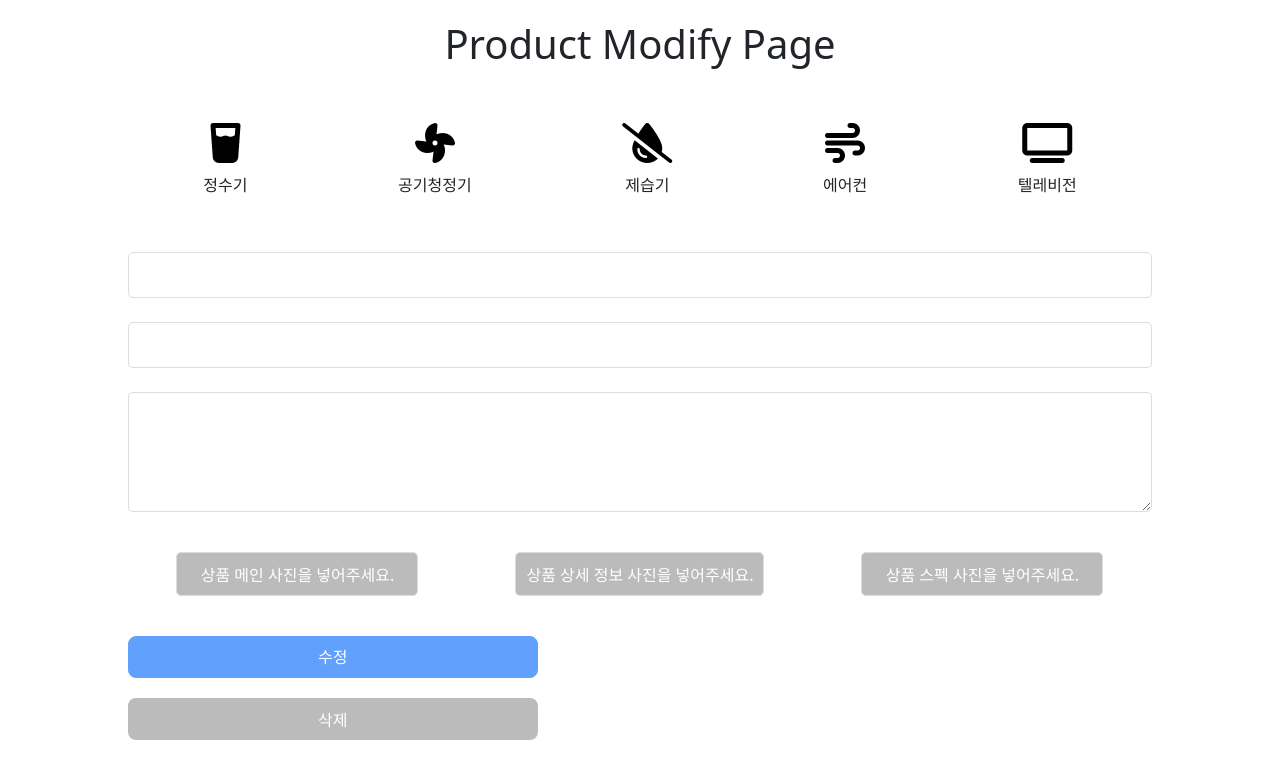
Repository: khr4162/ezen_final
Page: http://localhost/spring/WEB-INF/views/product/modify.jsp
These files come from the project's save history. The page is drawn as it stood at one moment and after the next save; the edit follows.
The browser window is 1280 px wide. The pictures show the whole page.
Some web libraries are served in a nearby version. The page is served by Tomcat 9. Nobody is signed in. Other server files are loaded and not shown. The template is opened directly, without the code that normally fills it, so the values that code supplies are empty.

Above is the page before, as saved 2023-07-31 05:51:26.

### spring/src/main/webapp/WEB-INF/views/product/modify.jsp
<%@ page language="java" contentType="text/html; charset=UTF-8"
    pageEncoding="UTF-8"%>
<%@ taglib uri="http://java.sun.com/jsp/jstl/core" prefix="c" %>
<%@ taglib uri="http://java.sun.com/jsp/jstl/functions" prefix="fn"%>
<!DOCTYPE html>
<html>
<head>
<meta charset="UTF-8">
<title>Product Modify Page</title>
<link rel="stylesheet" href="/resources/css/product/register.css">
<script src="https://kit.fontawesome.com/e927512ef5.js" crossorigin="anonymous"></script>
<link href="https://cdn.jsdelivr.net/npm/bootstrap@5.3.1/dist/css/bootstrap.min.css" rel="stylesheet" integrity="sha384-4bw+/aepP/YC94hEpVNVgiZdgIC5+VKNBQNGCHeKRQN+PtmoHDEXuppvnDJzQIu9" crossorigin="anonymous">
<script src="https://cdn.jsdelivr.net/npm/bootstrap@5.3.1/dist/js/bootstrap.bundle.min.js" integrity="sha384-HwwvtgBNo3bZJJLYd8oVXjrBZt8cqVSpeBNS5n7C8IVInixGAoxmnlMuBnhbgrkm" crossorigin="anonymous"></script>
</head>
<body>
	<h1>Product Modify Page</h1>
	 <form action="/product/modify" method="post" id="registerForm" class="was-validated" enctype="multipart/form-data">
        <div>
            <ul>
                <li class="product" data-value="정수기">
                    <div>
                        <i class="fa-solid fa-glass-water" style="color: #000000;"></i>
                        <div class="product-name">정수기</div>
                    </div>
                </li>
                <li class="product" data-value="공기청정기">
                    <div>
                        <i class="fa-solid fa-fan" style="color: #000000;"></i>
                        <div class="product-name">공기청정기</div>
                    </div>
                </li>
                <li class="product" data-value="제습기">
                    <div>
                        <i class="fa-solid fa-droplet-slash" style="color: #000000;"></i>
                        <div class="product-name">제습기</div>
                    </div>
                </li>
                <li class="product" data-value="에어컨">
                    <div>
                        <i class="fa-solid fa-wind" style="color: #000000;"></i>
                        <div class="product-name">에어컨</div>
                    </div>
                </li>
                <li class="product" data-value="텔레비전">
                    <div>
                        <i class="fa-solid fa-tv" style="color: #000000;"></i>
                        <div class="product-name">텔레비전</div>
                    </div>
                </li>
            </ul>
        </div>
        <input type="hidden" name="type_a" id="mySelection">
        <p id="type_aError" class="error" style="color: red; display: none;">제품 카테고리를 입력해주세요.</p>
       <br>
       <input name="pno" value="${product.pvo.pno }" type="hidden">
       <input name="pname" value="${product.pvo.pname }" readonly="readonly"> <br><br>
       <p id="pnameError" class="error" style="color: red; display: none;">제품명을 입력해주세요.</p>
       <input id="priceInput" name="price" value="${product.pvo.price }"> <br><br>
       <p id="priceError" class="error" style="color: red; display: none;">숫자만 입력해주세요.</p>
       <textarea name="content" cols="50" rows="10">${product.pvo.content }</textarea> <br>
       <div id="allDiv">
	       <div class="fileDiv">
		       <input type="file" id="files" name="files" style="display: none" class="form-control" aria-label="file example" required> <br>
		       <button type="button" id="trigger">상품 메인 사진을 넣어주세요.</button> <br>
		   	   <c:set value="${product.flist}" var="flist"/>
		       <div id="fileZone">
		    		<li>
		    			<c:forEach items="${flist }" var="file">
		    				<c:if test="${file.fileCategoryNum == 0}">
		        				<img alt="image" src="/upload/${fn:replace(file.save_dir, '\\','/') }/${file.uuid}_th_${file.file_name}">
		        				<button type="button" class="file-x" data-uuid="${file.uuid }">X</button>
		        			</c:if>
		    			</c:forEach>
		    		</li>
				</div>
	    	</div>
		   <div id="fileDiv">
			   <input type="file" id="files1" name="files" style="display: none" class="form-control" aria-label="file example" required> <br>
		       <button type="button" id="trigger1">상품 상세 정보 사진을 넣어주세요.</button> <br>
				 <div id="fileZone1">
		    		<li>
		        		<c:forEach items="${flist }" var="file">
		    				<c:if test="${file.fileCategoryNum == 1}">
		        				<img alt="image" src="/upload/${fn:replace(file.save_dir, '\\','/') }/${file.uuid}_th_${file.file_name}">
		        				<button type="button" class="file-x" data-uuid="${file.uuid }">X</button>
		        			</c:if>
		    			</c:forEach>
		    		</li>
				</div>
			</div>
			<div id="fileDiv">
			   <input type="file" id="files2" name="files" style="display: none" class="form-control" aria-label="file example" required> <br>
		       <button type="button" id="trigger2">상품 스펙 사진을 넣어주세요.</button> <br>
				 <div id="fileZone2">
		    		<li>
		        		<c:forEach items="${flist }" var="file">
		    				<c:if test="${file.fileCategoryNum == 2}">
		        				<img alt="image" src="/upload/${fn:replace(file.save_dir, '\\','/') }/${file.uuid}_th_${file.file_name}">
		        				<button type="button" class="file-x" data-uuid="${file.uuid }">X</button>
		        			</c:if>
		    			</c:forEach>
		    		</li>
				</div>
			</div>
		</div>
       <button onclick="validateButton(event)" id="modBtn" class="btn btn-primary" type="submit" disabled>수정</button>
    </form>
    <div id="delDiv">
		<form action="/product/delete" method="post">
		   <input name="pno" value="${product.pvo.pno }" type="hidden">
	       <button id="delBtn" type="submit">삭제</button>
		</form>
	</div>
	<script type="text/javascript" src="/resources/js/product/productModify.js"></script>
</body>
</html>

### spring/src/main/webapp/resources/css/product/register.css
body {
    font-family: 'Helvetica Neue', Helvetica, Arial, sans-serif;
    margin: 0;
    padding: 0;
    color: #333;
    background-color: #fff;
}

h1 {
    text-align: center;
    padding: 20px 0;
}

form, textarea, button {
    width: 80%;
    margin: 20px auto;
}

input, textarea, #trigger, #trigger1, #trigger2 {
    margin: 10px 0;
    padding: 10px;
    border: 1px solid #ddd;
    border-radius: 5px;
    width: 100%;
    font-size: 16px;
}

textarea {
    height: 120px;
}

ul {
    display: flex;
    flex-wrap: wrap;
    justify-content: space-evenly;
  	padding-left: 0 !important;
}

li {
    list-style: none;
    padding: 10px;
    margin: 5px 5px;
    text-align: center;
    flex-grow: 1;
}

.product-clicked {
    background-color: rgba(128, 128, 128, 0.5);
    padding: 10px;
    border-radius: 5px;
    animation: pop 0.6s;
    margin-top: -10px;
}

@keyframes pop {
    0% { transform: scale(1); }
    50% { transform: scale(1.1); }
    100% { transform: scale(1); }
}

i {
    font-size: 40px;
    display: block;
    margin-bottom: 10px;
    color: #555;
}

button {
    background-color: #bbb;
    color: #fff;
    border: none;
    padding: 10px 20px;
    text-align: center;
    font-size: 16px;
    cursor: pointer;
    border-radius: 5px;
    margin: 20px 0;
    transition: 0.3s;
    min-width: 242px;
    max-width: 440px;
    height: 44px;
}

button:hover {
    background-color: #999;
}

.center {
    text-align: center;
}

@media (max-width: 768px) {
    form, textarea, button {
        width: 90%;
    }

    i {
        font-size: 30px;
    }
}

#allDiv {
	display: flex;
	justify-content: space-around;
}

.fileDiv {
	flex-direction: column;
	align-items: center;
}

img {
	width: 240px;
	height: 240px;
}

#regBtn {
	display: flex;
	justify-content: center;
	margin: auto;
	width: 100%;
	position: relative;
}

#modBtn, #delBtn {
	width: 40%;
	height: 42px;
	border-radius: 8px;
}

### spring/src/main/webapp/resources/js/product/productModify.js
//삭제
document.addEventListener('click', (e) => {
    if(e.target.classList.contains('file-x')) {
        let uuid = e.target.dataset.uuid;
        console.log(uuid);

        removeFileToServer(uuid).then(result => {
            console.log(result);
            alert('파일삭제' + (parseInt(result) > 0 ? "Success" : "Fail"));
            if(result > 0) {
                e.target.closest('li').remove();
            }
        })

    }
})

async function removeFileToServer(uuid) {
    try {
        const url = '/product/file/' + uuid;
        const config = {
            method: 'delete'
        }
        const resp = await fetch(url, config);
        const result = await resp.text();
        return result;
    } catch (error) {
        console.log(error);
    }
}

//수정
document.getElementById('trigger').addEventListener('click', () => {
    console.log("trigger");
    document.getElementById('files').click();
})

document.getElementById('trigger1').addEventListener('click', () => {
    console.log("trigger1");
    document.getElementById('files1').click();
})

document.getElementById('trigger2').addEventListener('click', () => {
    console.log("trigger2");
    document.getElementById('files2').click();
})

const regExp = new RegExp("\\.(exe|sh|bat|msi|dll|js)$");
const regExpImg = new RegExp("\\.(jpg|jpeg|png|gif|bmp)$");
const maxSize = 1024*1024*20;

function fileSizeValidation(fileName, fileSize) {
    if(regExp.test(fileName)) {
        return 0;
    } else if(fileSize > maxSize) {
        return 0;
    } else {
        return 1;
    }
}

document.addEventListener('change', (e) => {
    console.log(e.target);
    if(e.target.id=='files') {
        document.getElementById('modBtn').disabled=false;
        const fileObject = document.getElementById('files').files;
        console.log(fileObject);

        let div = document.getElementById('fileZone');
        div.innerHTML = '';
        let ul = `<ul>`;
        let isOk = 1;
        for(let file of fileObject) {
            console.log(file);
            let validResult = fileSizeValidation(file.name, file.size);
            isOk*=validResult;
            ul += `<li>`;
            ul += `${validResult ? '<div>업로드 가능':'<div>업로드 불가능'}</div>`;
            ul += `${file.name}`;
            ul += `<span class="badge rounded-pill text-bg-${validResult?'success':'danger'}">${file.size}Bytes</span></li>`;
        }
        ul += `</ul>`;
        div.innerHTML = ul;
        if(isOk==0) {
            document.getElementById('modBtn').disabled = true;
        }

    }
})

document.addEventListener('change', (e) => {
    console.log(e.target);
    if(e.target.id=='files1') {
        document.getElementById('modBtn').disabled=false;
        const fileObject = document.getElementById('files1').files;
        console.log(fileObject);

        let div1 = document.getElementById('fileZone1');
        div1.innerHTML = '';
        let ul = `<ul>`;
        let isOk = 1;
        for(let file of fileObject) {
            console.log(file);
            let validResult = fileSizeValidation(file.name, file.size);
            isOk*=validResult;
            ul += `<li>`;
            ul += `${validResult ? '<div>업로드 가능':'<div>업로드 불가능'}</div>`;
            ul += `${file.name}`;
            ul += `<span class="badge rounded-pill text-bg-${validResult?'success':'danger'}">${file.size}Bytes</span></li>`;
        }
        ul += `</ul>`;
        div1.innerHTML = ul;
        if(isOk==0) {
            document.getElementById('modBtn').disabled = true;
        }

    }
})

document.addEventListener('change', (e) => {
    console.log(e.target);
    if(e.target.id=='files2') {
        document.getElementById('modBtn').disabled=false;
        const fileObject = document.getElementById('files2').files;
        console.log(fileObject);

        let div1 = document.getElementById('fileZone2');
        div1.innerHTML = '';
        let ul = `<ul>`;
        let isOk = 1;
        for(let file of fileObject) {
            console.log(file);
            let validResult = fileSizeValidation(file.name, file.size);
            isOk*=validResult;
            ul += `<li>`;
            ul += `${validResult ? '<div>업로드 가능':'<div>업로드 불가능'}</div>`;
            ul += `${file.name}`;
            ul += `<span class="badge rounded-pill text-bg-${validResult?'success':'danger'}">${file.size}Bytes</span></li>`;
        }
        ul += `</ul>`;
        div1.innerHTML = ul;
        if(isOk==0) {
            document.getElementById('modBtn').disabled = true;
        }

    }
})

window.onload = function(){
    var products = document.querySelectorAll('.product');
    products.forEach(function(product){
        product.addEventListener('click', function(e){
            // remove product-clicked from all products
            products.forEach(function(prod){
                prod.firstElementChild.classList.remove('product-clicked');
            });

            // add product-clicked to the clicked product
            e.currentTarget.firstElementChild.classList.add('product-clicked');

            // update the hidden input with the data-value of the clicked product
            document.getElementById('mySelection').value = e.currentTarget.dataset.value;
        });
    });
}

function validateButton(event) {
    var type_aInput = document.querySelector('input[name="type_a"]');
    var type_aError = document.getElementById("type_aError");
    var pnameInput = document.querySelector('input[name="pname"]');
    var pnameError = document.getElementById("pnameError");
    var priceInput = document.querySelector('input[name="price"]');
    var priceError = document.getElementById("priceError");
    var contentTextarea = document.querySelector('textarea[name="content"]');
    var isFormValid = true; // 폼 유효성 검사 결과
    console.log(isFormValid);
    if (type_aInput.value.trim() === "") {
        isFormValid = false;
        type_aError.style.display = "block";
    } else {
        type_aError.style.display = "none";
    }

    if (pnameInput.value.trim() === "") {
        isFormValid = false;
        pnameError.style.display = "block";
    } else {
        pnameError.style.display = "none";
    }

    if (priceInput.value.trim() === "" || isNaN(priceInput.value)) {
        isFormValid = false;
        priceError.style.display = "block";
    } else {
        priceError.style.display = "none";
    }

    if (contentTextarea.value.trim() === "") {
        isFormValid = false;
    }

    console.log(isFormValid);
    // 폼 전송 막기
    if (!isFormValid) {
        event.preventDefault();
    }
}

After the next save:
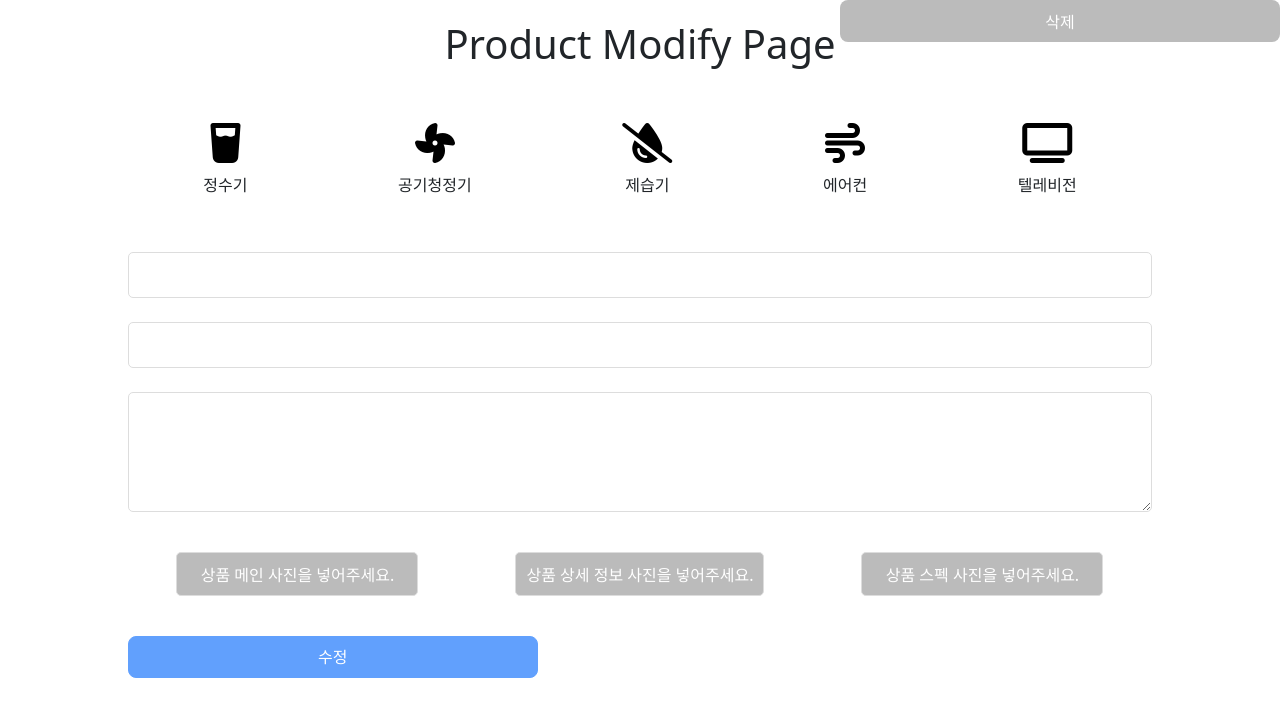
Saved 25 s later.
--- a/spring/src/main/webapp/resources/css/product/register.css
+++ b/spring/src/main/webapp/resources/css/product/register.css
@@ -127,3 +127,9 @@ img {
 	height: 42px;
 	border-radius: 8px;
 }
+
+#delBtn {
+	position: absolute;
+	top: 0;
+	right: 0;
+}

After the 2 saves that followed:
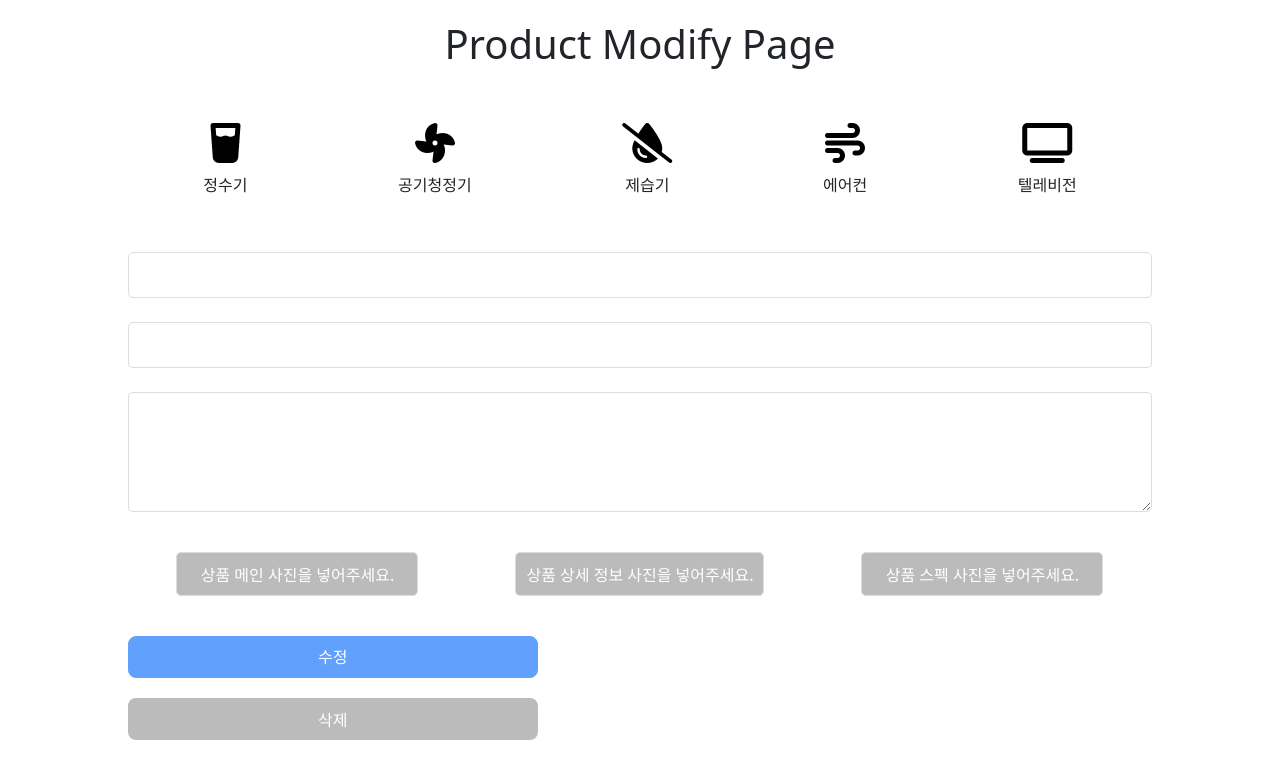
The 2 saves are shown as one change because 1 left the picture as it was.
The last was saved 42 s later.
--- a/spring/src/main/webapp/resources/css/product/register.css
+++ b/spring/src/main/webapp/resources/css/product/register.css
@@ -119,7 +119,7 @@ img {
 	justify-content: center;
 	margin: auto;
 	width: 100%;
-	position: relative;
+
 }
 
 #modBtn, #delBtn {
@@ -127,9 +127,3 @@ img {
 	height: 42px;
 	border-radius: 8px;
 }
-
-#delBtn {
-	position: absolute;
-	top: 0;
-	right: 0;
-}
